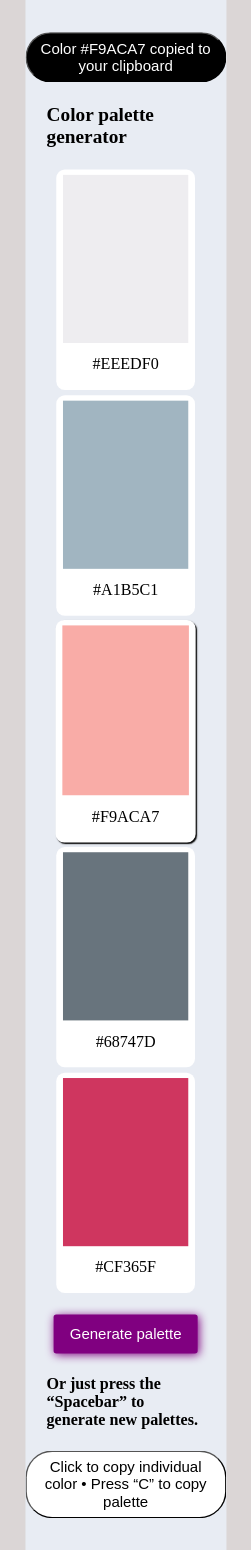
Repository: Hcmwebs/Color-Palette-Generator
Page: index.html
These files come from the project's save history. The page is drawn as it stood at one moment and after the next save; the edit follows.
The browser window is 375 px wide. The pictures show the whole page, at 67% of full size.

Above is the page before, as saved 2020-07-07 12:30:41.

### index.html
<!DOCTYPE html>
<html lang="en">
<head>
    <meta charset="UTF-8">
    <meta name="viewport" content="width=device-width, initial-scale=1.0">
    <link rel="stylesheet" href="styles.css">
    <title>Color Pallete Generator</title>
</head>
<body>
    <div class="container">

        <button class="btn">Color #F9ACA7 copied to your clipboard</button>
        <h2>Color palette generator</h2>
        <div class="card">
            <div class="card__item">
                <div class="card__color card__color--lightPurpleish"></div>
                <div class="card__tag">#EEEDF0</div>
            </div>

            <div class="card__item">
                <div class="card__color card__color--lightBlueGreenish"></div>
                <div class="card__tag">#A1B5C1</div>
            </div>

            <div class="card__item card__item--active">
                <div class="card__color card__color--lightReddish"></div>
                <div class="card__tag">#F9ACA7</div>
            </div>

            <div class="card__item">
                <div class="card__color card__color--lightBluish"></div>
                <div class="card__tag">#68747D</div>
            </div>

            <div class="card__item">
                <div class="card__color card__color--reddish"></div>
                <div class="card__tag">#CF365F</div>
            </div>

        </div>
        <button class="btn btn--generate">Generate palette</button>
        <h3>Or just press the “Spacebar” to generate new palettes.</h3>
        <button class="btn btn--white">Click to copy individual color • Press “C” to copy palette</button>
    </div>
</body>
</html>

### styles.css
*{
    box-sizing: border-box;
    margin: 0;
    padding: 0;
}

body{
    font-weight: 300;
    font-size: 10px;
    display: flex;
    flex-direction: column;
    justify-content: center;
    align-items: center;
    background-color:rgba(124, 107, 107, 0.274);
}
h2,
h3{
    font-weight: light;
    margin: 2rem ;
}
h2{
    font-size: 1.8rem;
}

h3{
    font-size: 1.5rem;
}
.container{
    width: 1400px;
    max-width: 100%;
    margin: auto;
    padding: 3rem 0;
    display: flex;
    flex-direction: column;
    justify-content: space-between;
    align-items: center;
    background-color:#E8ECF3;
}

.btn{
    background-color:#000;
    color:#fff;
    font-size: 1.4rem;
    border-radius: 2.5rem;
    padding: 0.6rem 0.8rem;
    cursor: pointer;
    transition: all 1s ease-in-out;
}
.btn:hover{
    transform: scale(1.01);
}
.card{
    display: grid;
    grid-template-columns: repeat(5, 1fr);
    gap: 0.5rem;
    justify-content: center;

}
.card__item{
    width: 207px;
    height: 329px;
    padding: 0.5rem 0.1rem;
    border-radius:0.8rem;
    display: flex;
    flex-direction: column;
    justify-content: space-between;
    align-items: center;
    background-color:#fff;
}
.card__item--active{
    box-shadow: 2px 2px 2px ;
    transform: scale(1.01);
}

.card__color{
    content:"";
    width: 187px ;
    height: 251px;
    padding-bottom: 1rem ;

}
.card__color--lightPurpleish{
    background-color: #EEEDF0;

}

.card__color--lightBlueGreenish{
    background-color: #A1B5C1;

}

.card__color--lightReddish{
    background-color: #F9ACA7;

}

.card__color--lightBluish{
    background-color: #68747D;

}


.card__color--reddish{
    background-color: #CF365F;

}
.card__tag{
    font-size:1.5rem;
    font-weight: 400;
    margin: auto;
}

.btn--generate{
    background-color:purple;
    color:#fff;
    border-radius:4px;
    border: none;
    margin-top: 2rem;
    padding: 1rem 1.5rem;
    cursor: pointer;
    box-shadow: 2px 2px 15px purple;
}
.btn--white{
    background-color: #fff;
    color:#000;
}
@media(max-width: 900px){
    .container{
        min-width: 620px;
        width: 80%;
    }
    .card{
        grid-template-columns: repeat(2, 1fr);
    }
}
@media(max-width:600px){
    .container{
        min-width: 300px;
    }
    .card{
        grid-template-columns: 1fr;
    }

}

After the next save:
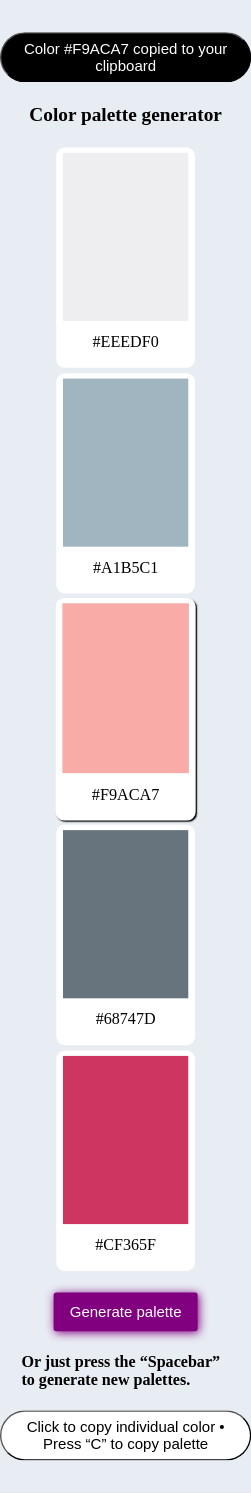
Saved 32 s later.
--- a/styles.css
+++ b/styles.css
@@ -136,6 +136,7 @@ h3{
 @media(max-width:600px){
     .container{
         min-width: 300px;
+        width: 100%;
     }
     .card{
         grid-template-columns: 1fr;
